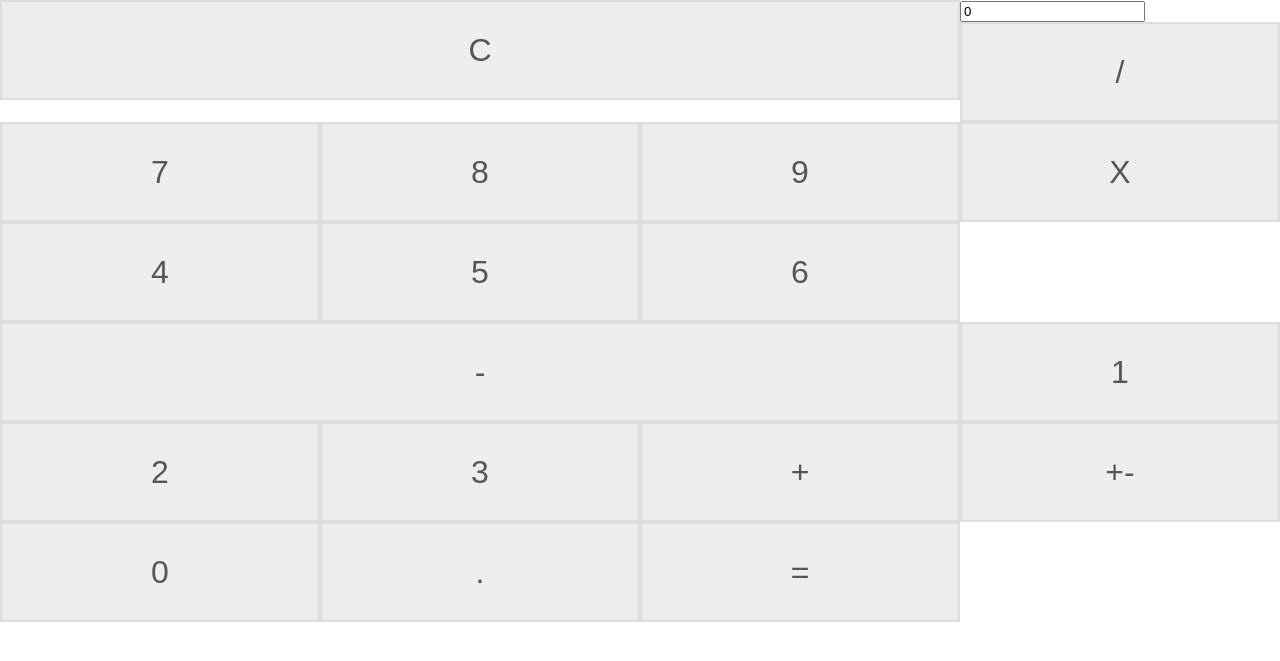
Repository: aaronmatei/react-calc
Page: /
The author's editor kept a copy of each file at every save. The page is drawn from the files as they stood at one save, then again after the next save.
The browser window is 1280 px wide. The pictures show the whole page.
The project was rebuilt for these pictures with package versions that can differ from the ones it lists, and the page was loaded fresh each time.

Above is the page before, as saved 2019-12-13 10:55:53.

After the next save:
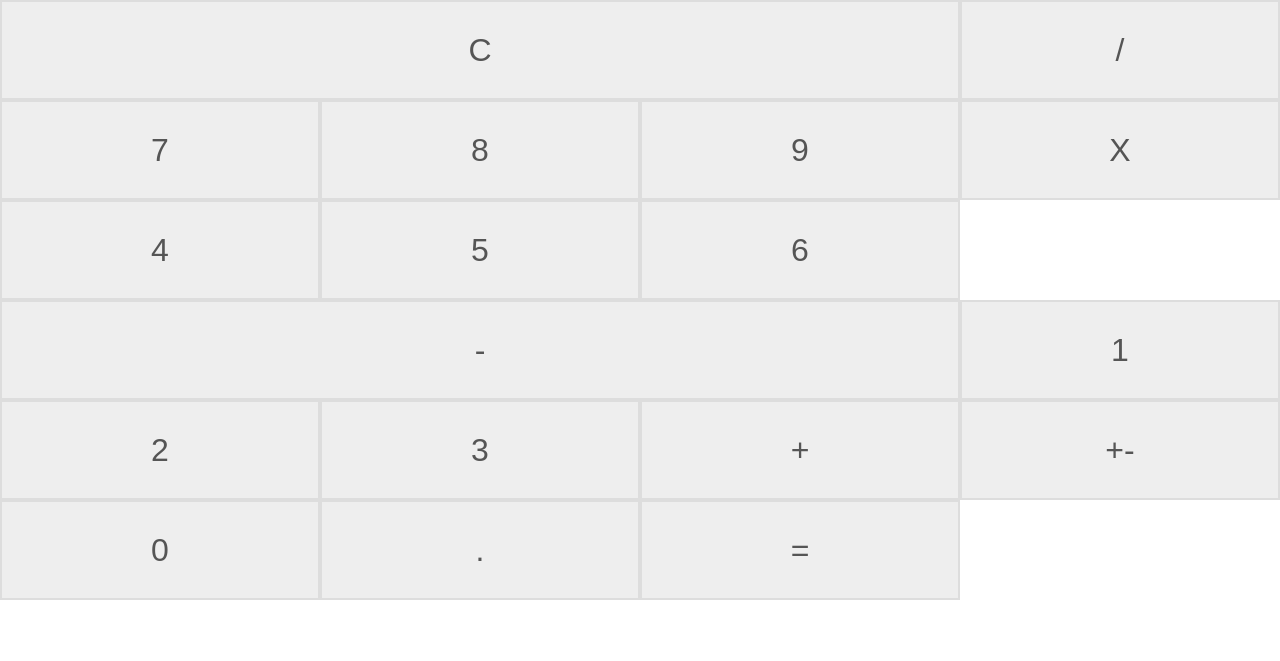
Saved 83 s later.
--- a/src/App.js
+++ b/src/App.js
@@ -38,7 +38,7 @@ class App extends Component {
 		];
 		return (
 			<div className='App'>
-				<input className='result' type='text' value={this.state.current} onChange={null} />
+				{/* <input className='result' type='text' value={this.state.current} onChange={null} /> */}
 
 				{buttons.map((btn, idx) => {
 					return (
